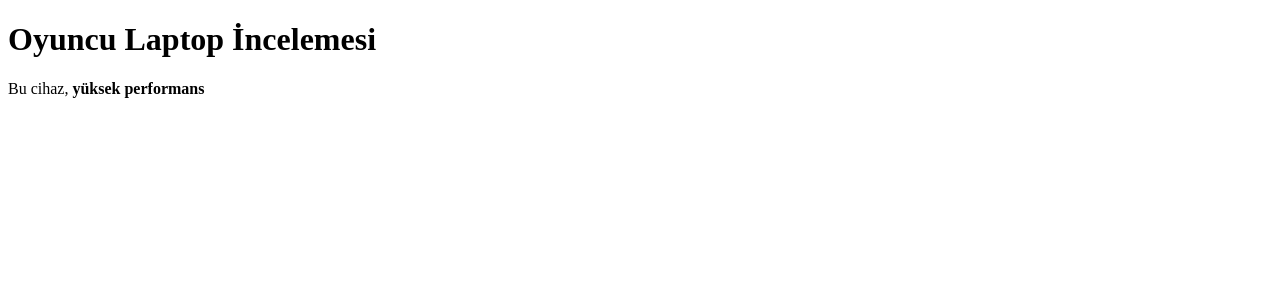
Repository: BeritanBlgn/web-yazilim-muhendisligi
Page: Modul_1/Ders_3/1.3.6_gorev2.html
The author's editor kept a copy of each file at every save. The page is drawn from the files as they stood at one save, then again after the next save.
The browser window is 1280 px wide. The pictures show the whole page.

Above is the page before, as saved 2026-10-09 22:30:13.

### Modul_1/Ders_3/1.3.6_gorev2.html
<!DOCTYPE html>
<html lang="tr">
<head>
    <meta charset="UTF-8">
    <meta name="viewport" content="width=device-width, initial-scale=1.0">
    <title>Document</title>
</head>
<body>
    <h1>
        Oyuncu Laptop İncelemesi
    </h1>
    <p>
        Bu cihaz, <strong>yüksek performans</strong>
    </p>
</body>
</html>

After the next save:
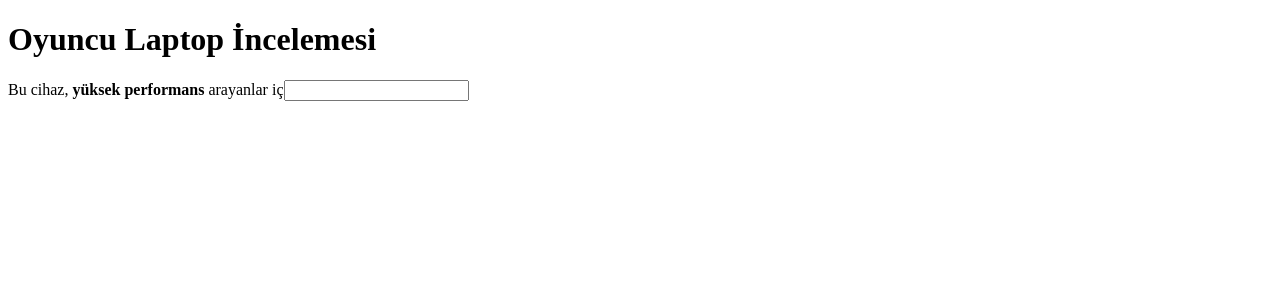
Saved 13 s later.
--- a/Modul_1/Ders_3/1.3.6_gorev2.html
+++ b/Modul_1/Ders_3/1.3.6_gorev2.html
@@ -10,7 +10,7 @@
         Oyuncu Laptop İncelemesi
     </h1>
     <p>
-        Bu cihaz, <strong>yüksek performans</strong>
+        Bu cihaz, <strong>yüksek performans</strong> arayanlar iç<input type="text" name="" id="">
     </p>
 </body>
 </html>
